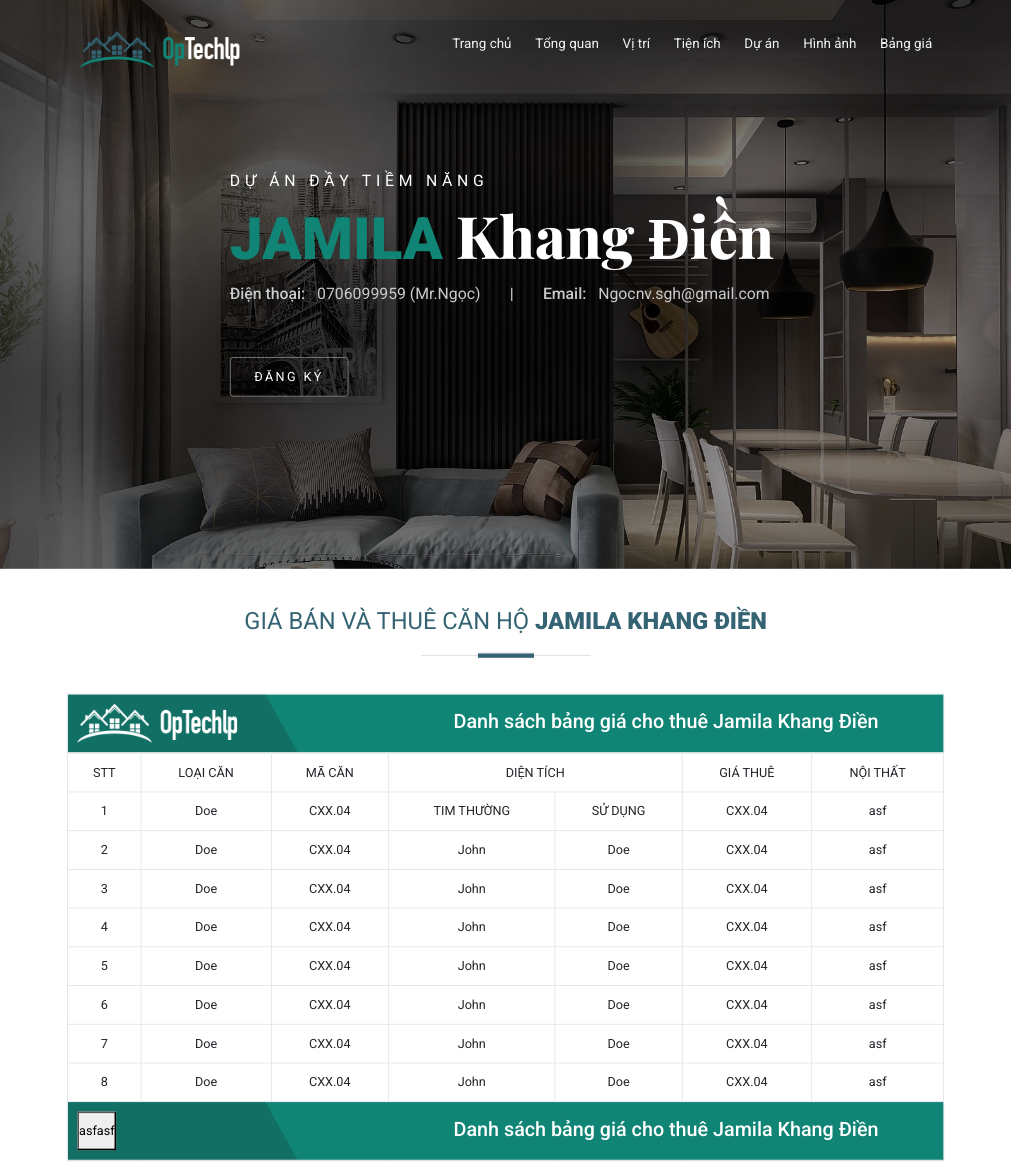
Repository: phunobi1807/Myweb
Page: index.html
An editor plug-in stored every save of this project. The page is shown before and after the next save, followed by the edit.
The browser window is 1280 px wide. The pictures show the whole page, at 79% of full size.
Some web fonts or font styles are not loaded; a fallback is used.

Above is the page before, as saved 2021-05-14 14:22:22.

After the next save:
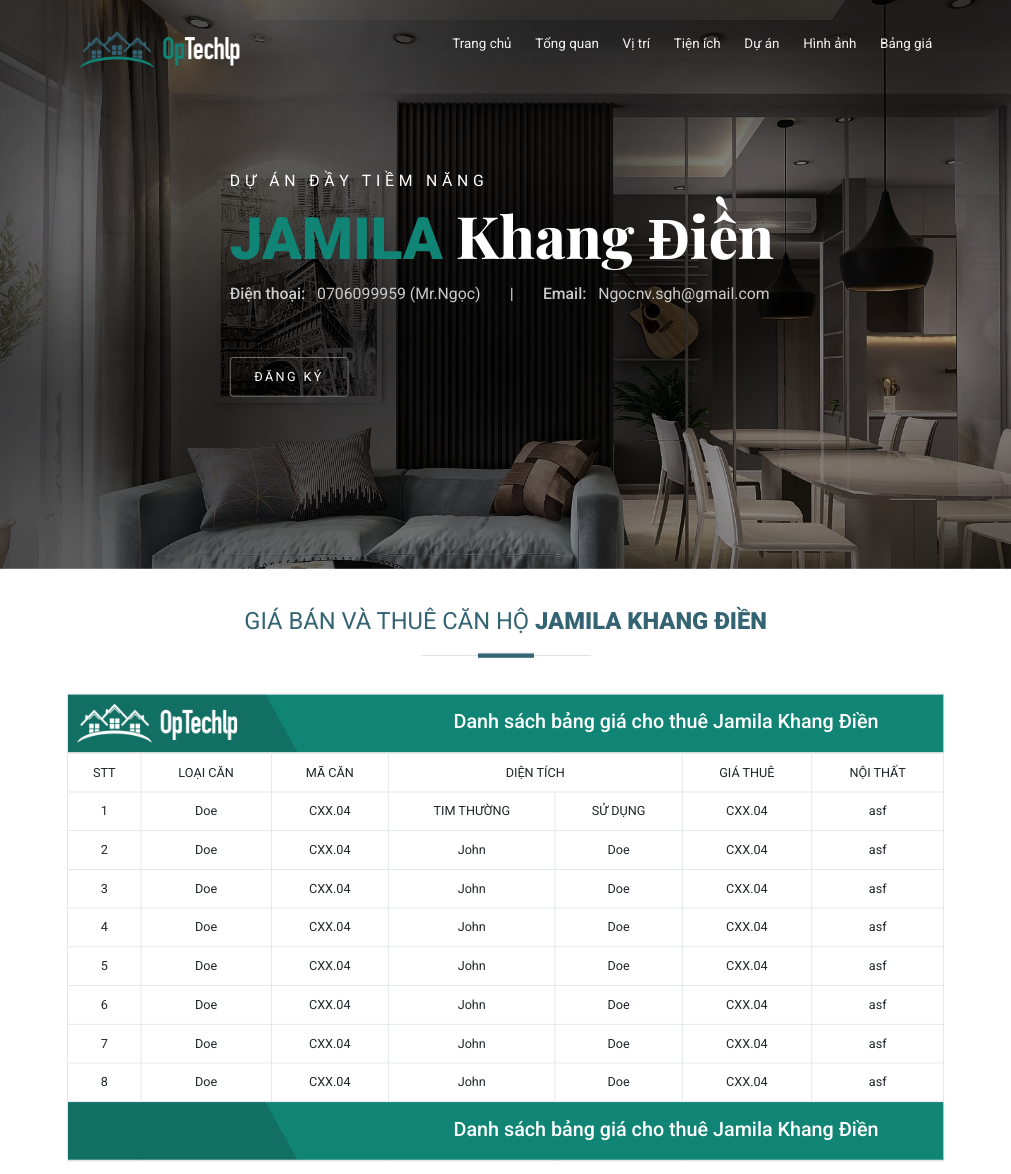
Saved 20 s later.
--- a/index.html
+++ b/index.html
@@ -145,7 +145,7 @@
                         <tr>
                             <th colspan="7" style="background-image:url(./image/optechlp.png); background-repeat: no-repeat;">
                                 <div class="title-table">
-                                    <button>asfasf</button>
+                                    <input type="button" class="btn btn-outline">
                                     <p>Danh sách bảng giá cho thuê Jamila Khang Điền</p>
                                 </div>
                             </th>
